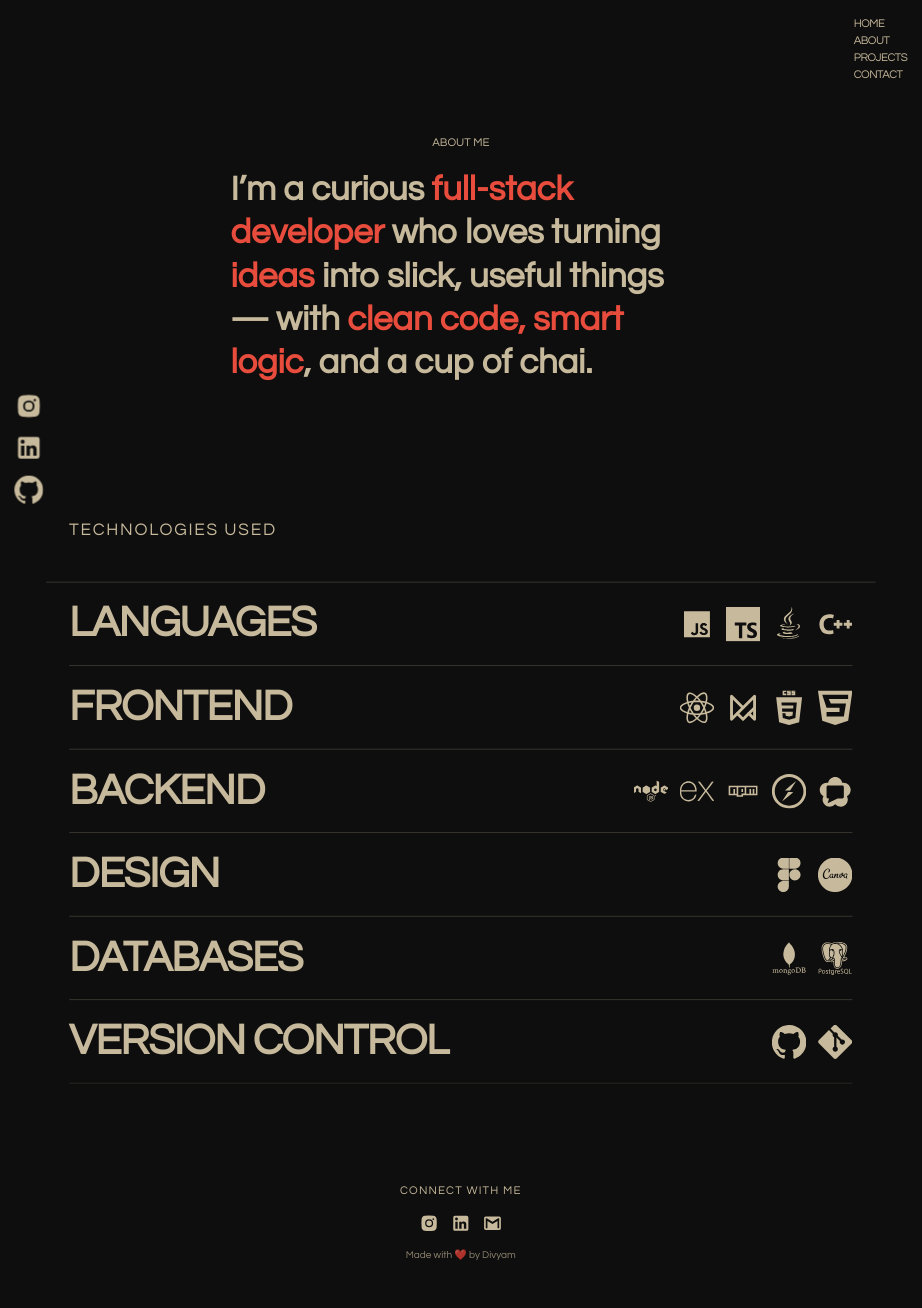
Repository: divyamGNH/DivyamPF
Page: /about
The author's editor kept a copy of each file at every save. The page is drawn from the files as they stood at one save, then again after the next save.
The browser window is 1280 px wide. The pictures show the whole page, at 72% of full size.
The project was rebuilt for these pictures with package versions that can differ from the ones it lists, and the page was loaded fresh each time. Also part of the build but not shown: vite.config.js, src/App.css, src/components/MaskLayer.jsx, src/pages/Landing.jsx, src/pages/topProjects.jsx, src/pages/Home.jsx, src/pages/TimeLine.jsx.

Above is the page before, as saved 2025-12-21 01:36:18.

After the next save:
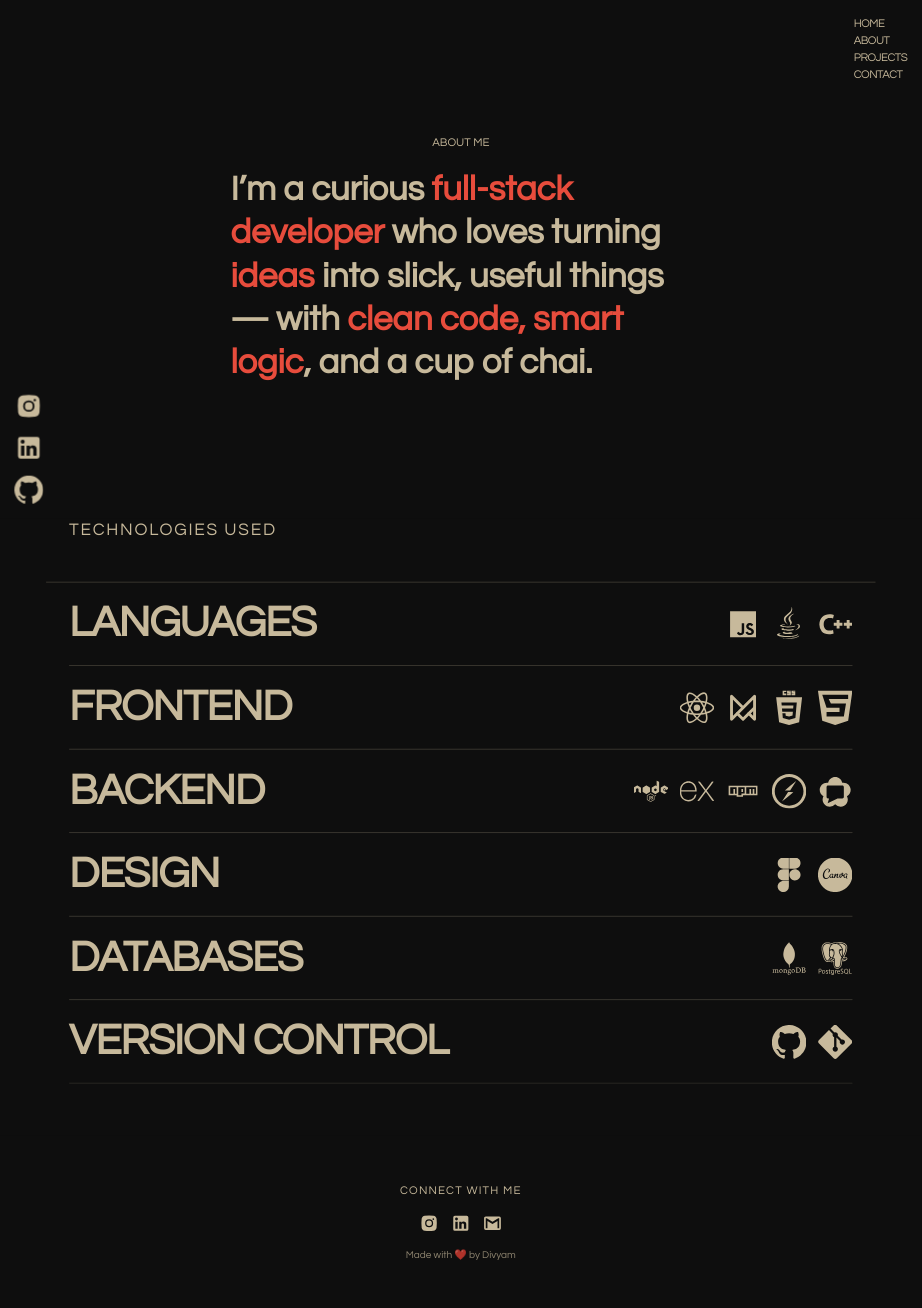
Saved 32 s later.
--- a/src/pages/TechStack.jsx
+++ b/src/pages/TechStack.jsx
@@ -57,7 +57,7 @@
       name: "Languages",
       icons: [
         { src: "/jsIcon.svg", link: "https://developer.mozilla.org/en-US/docs/Web/JavaScript", alt: "JavaScript" },
-        { src: "/tsIcon.svg", link: "https://developer.mozilla.org/en-US/docs/Web/JavaScript", alt: "TypeScript" },
+        // { src: "/tsIcon.svg", link: "https://developer.mozilla.org/en-US/docs/Web/JavaScript", alt: "TypeScript" },
         { src: "/javaIcon.svg", link: "https://www.oracle.com/java/", alt: "Java" },
         { src: "/cppIcon.svg", link: "https://isocpp.org/", alt: "C++" },
       ],

After the 2 saves that followed:
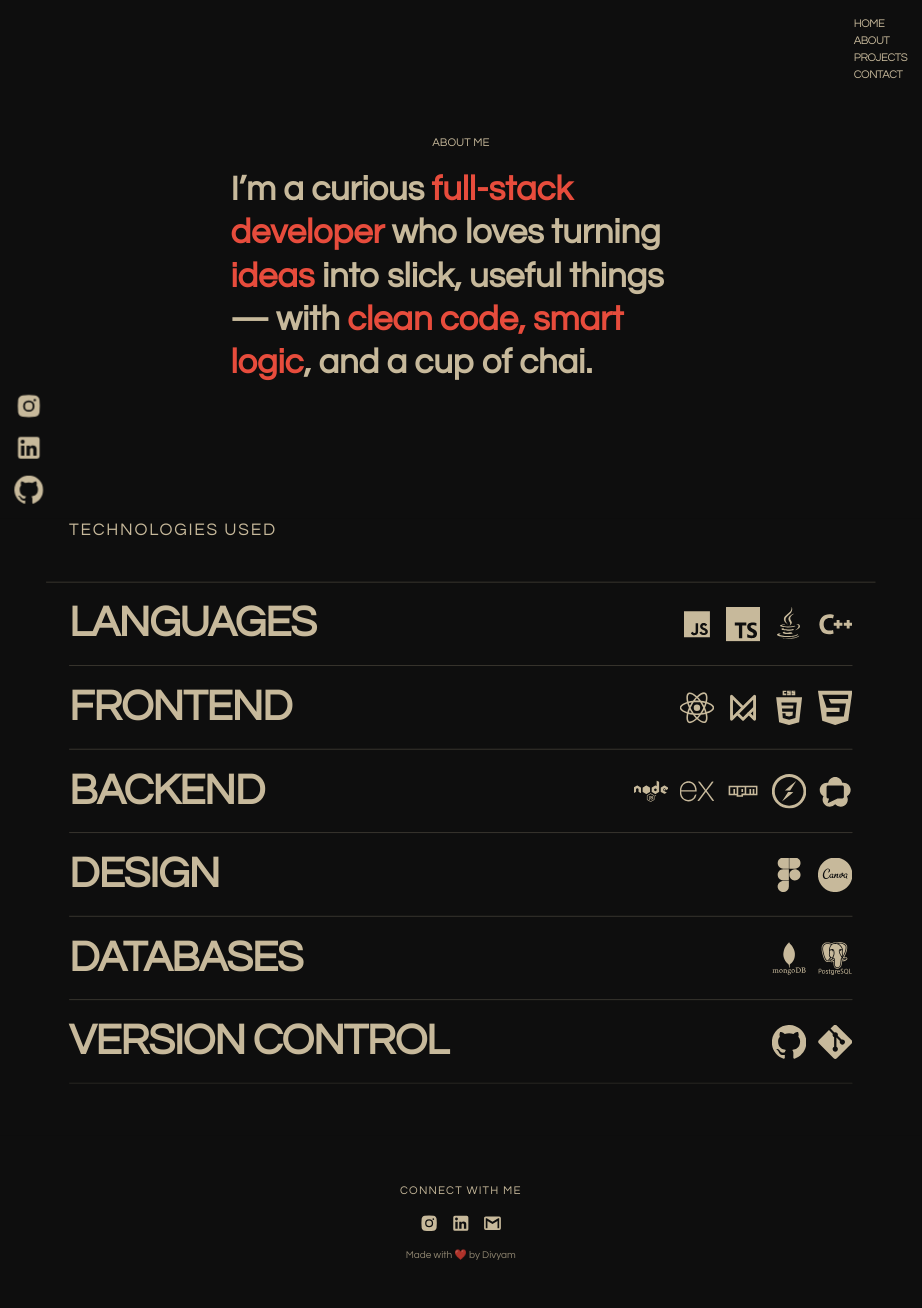
The 2 saves are shown as one change because 1 left the picture as it was.
The last was saved 2 min 35 s later.
--- a/src/pages/TechStack.jsx
+++ b/src/pages/TechStack.jsx
@@ -57,7 +57,7 @@
       name: "Languages",
       icons: [
         { src: "/jsIcon.svg", link: "https://developer.mozilla.org/en-US/docs/Web/JavaScript", alt: "JavaScript" },
-        // { src: "/tsIcon.svg", link: "https://developer.mozilla.org/en-US/docs/Web/JavaScript", alt: "TypeScript" },
+        { src: "/tsIcon.svg", link: "https://developer.mozilla.org/en-US/docs/Web/JavaScript", alt: "TavaScript" },
         { src: "/javaIcon.svg", link: "https://www.oracle.com/java/", alt: "Java" },
         { src: "/cppIcon.svg", link: "https://isocpp.org/", alt: "C++" },
       ],
